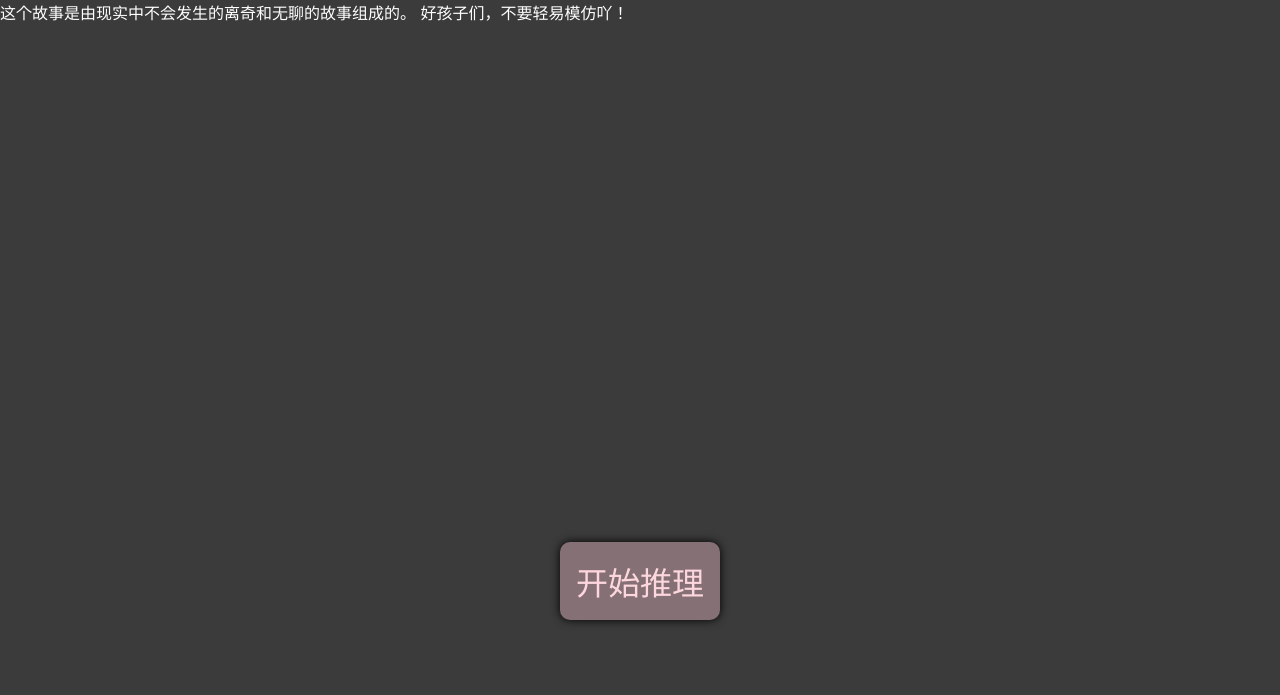
Repository: Jofali/reasoning-genius
Page: /
An editor plug-in stored every save of this project. The page is shown before and after the next save, followed by the edit.
The browser window is 1280 px wide. The pictures show the whole page.
The project was rebuilt for these pictures with package versions that can differ from the ones it lists, and the page was loaded fresh each time. Also part of the build but not shown: src/part1/part1.css, src/part1/part1.js, src/part2/part2.css, src/part2/part2.js, src/title/title.css, src/title/title.js, src/inventory/inventory.css, src/inventory/inventory.js and 2 more.

Above is the page before, as saved 2019-05-22 17:36:52.

After the next save:
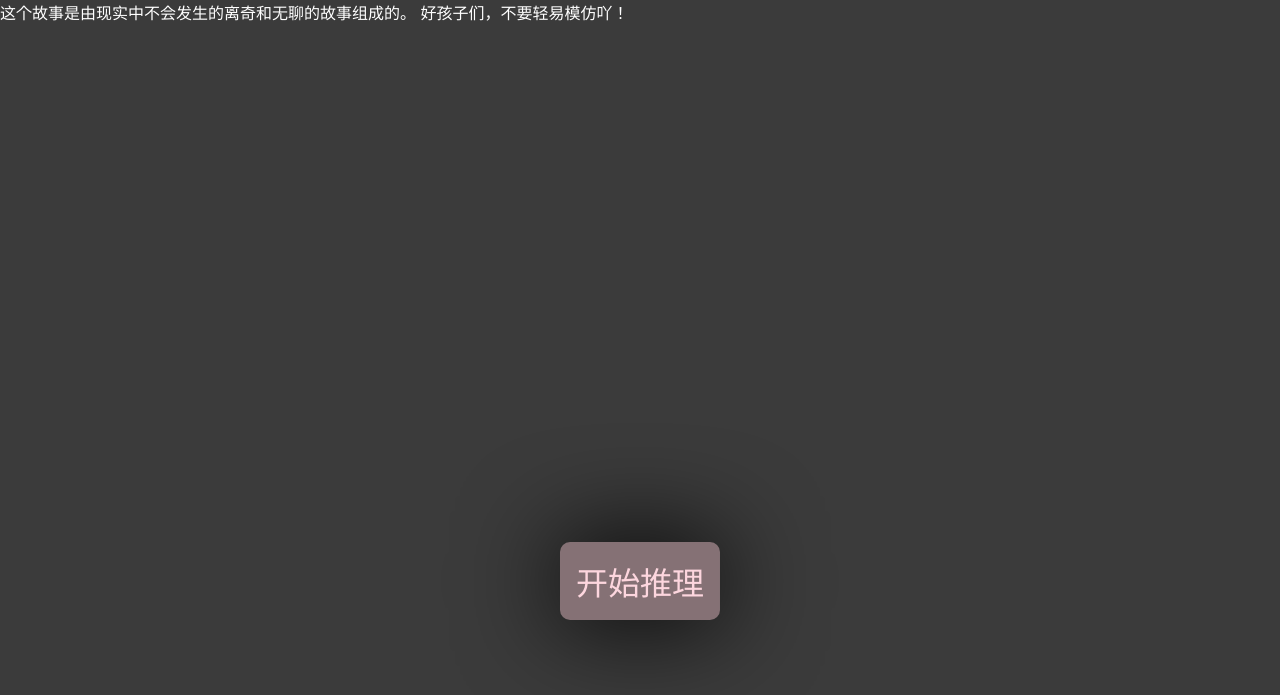
Saved 6 s later.
--- a/src/App.css
+++ b/src/App.css
@@ -20,5 +20,5 @@
   transform: translateX(-50%);
   color: rgb(253,214,222);
   border-radius: 10px;
-  box-shadow: 0px 0px 10px #000;
+  box-shadow: 0px 0px 100px #000;
 }
